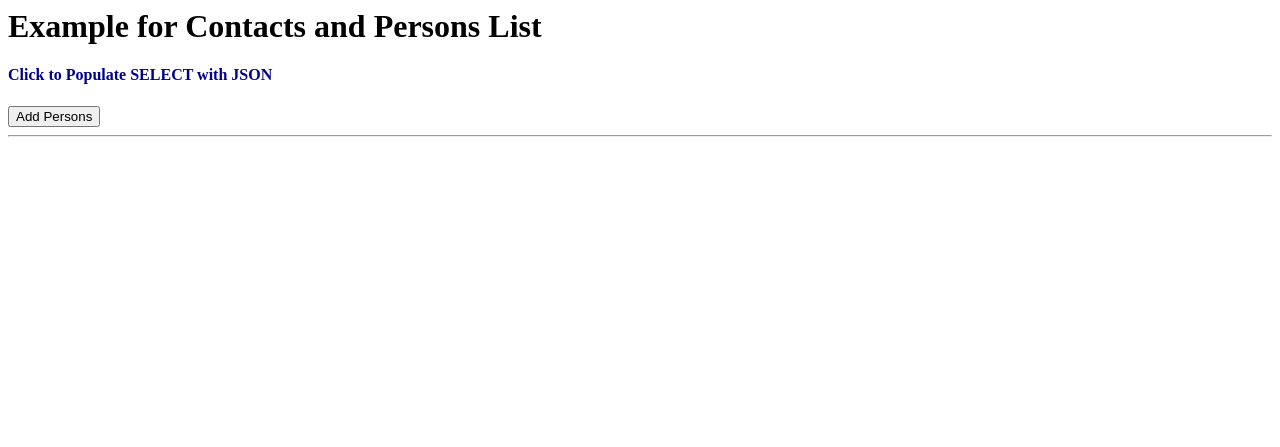
Repository: priyanalleboina/JsTraining
Page: Priyanka _JsExcercies/webpack14example-clinet-node/index.html
These files come from the project's save history. The page is drawn as it stood at one moment and after the next save; the edit follows.
The browser window is 1280 px wide. The pictures show the whole page.

Above is the page before, as saved 2020-06-05 11:38:53.

### Priyanka _JsExcercies/webpack14example-clinet-node/index.html
<html lang="en">
<head>
  <meta charset="UTF-8">
  <meta name="viewport" content="width=device-width, initial-scale=1.0">
  <title>Document</title>
  <link rel="stylesheet" href="./src/index.css">
  <script src="./dist/bundler.js"></script>

</head>

<body>
  <div>
    <h1>Example for Contacts and Persons List</h1>
    <!-- add people via hard coded list -->
    <h4 style="color:darkblue">Click to Populate SELECT with JSON</h4>
    <button id="add" onclick="ui.addContactInfo()">Add Persons</button>
  </div>
  <hr>
  <div>



  </div>
</body>
</html>

### Priyanka _JsExcercies/webpack14example-clinet-node/src/index.css
#personsList {
  width: 400px;
  height: 400px;
  padding: 2px, 2px, 2px, 2px;
  border: 1px solid red;
};
p#nameLabelXYZ {
  border: 1px solid red;
  height: 50px;
  width: 200px;
  padding: 2px;
  margin: 2px;
  font-size: large;
}

Loaded but not shown: Priyanka _JsExcercies/webpack14example-clinet-node/dist/bundler.js (library)

After the next save:
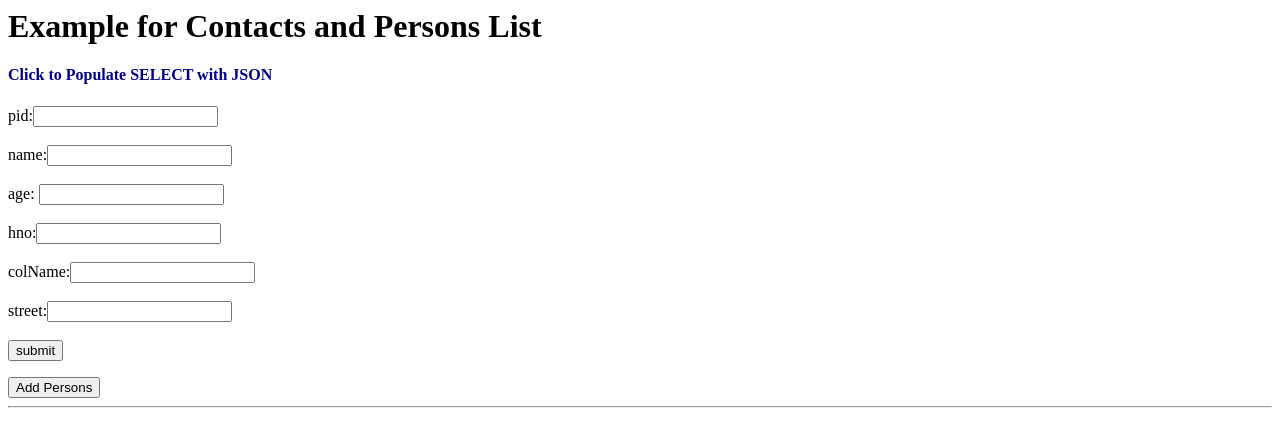
Saved 54 min 22 s later.
--- a/Priyanka _JsExcercies/webpack14example-clinet-node/index.html
+++ b/Priyanka _JsExcercies/webpack14example-clinet-node/index.html
@@ -13,6 +13,15 @@
     <h1>Example for Contacts and Persons List</h1>
     <!-- add people via hard coded list -->
     <h4 style="color:darkblue">Click to Populate SELECT with JSON</h4>
+    <form method="GET" action="http://localhost:4000/create">
+      <label>pid:</label><input id="id" name="pid"></br></br>
+      <label>name:</label><input id="name" name="name"></br></br>
+      <label>age:</label> <input id="age" name="age"></br></br>
+      <label>hno:</label><input id="hno" name="hno"></br></br>
+      <label>colName:</label><input id="colName" name="colName"></br></br>
+      <label>street:</label><input id="street" name="street"></br></br>
+      <input type="submit" value="submit" /></br>
+  </form>
     <button id="add" onclick="ui.addContactInfo()">Add Persons</button>
   </div>
   <hr>
